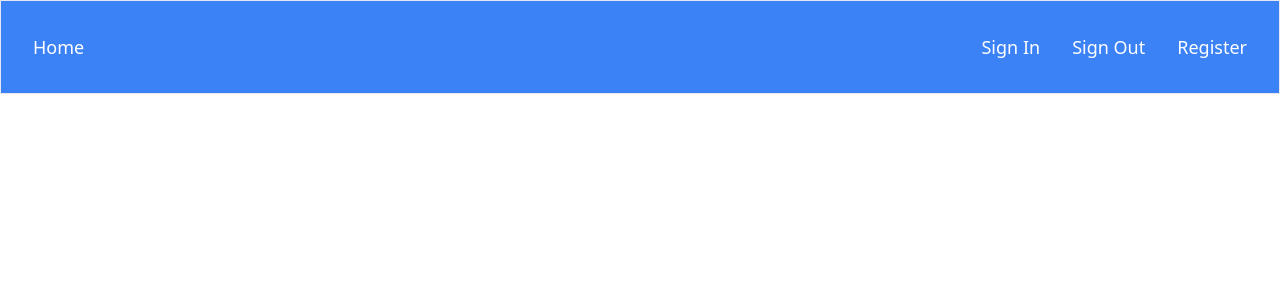
Repository: oderinde300/react-authentication-with-json-server
Page: /
These files come from the project's save history. The page is drawn as it stood at one moment and after the next save; the edit follows.
The browser window is 1280 px wide. The pictures show the whole page.
The project was rebuilt for these pictures with package versions that can differ from the ones it lists, and the page was loaded fresh each time. Also part of the build but not shown: src/components/authentication/Login.jsx, src/pages/LoginPage.jsx.

Above is the page before, as saved 2023-03-22 12:34:08.

After the next save:
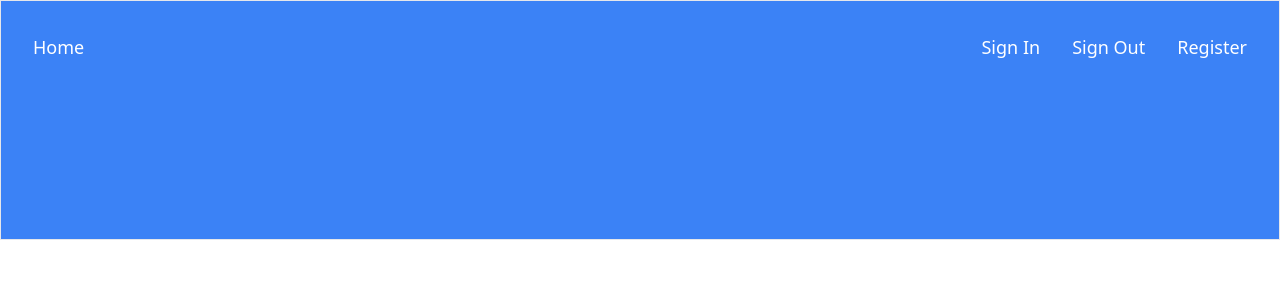
Saved 9 s later.
--- a/src/App.js
+++ b/src/App.js
@@ -5,8 +5,8 @@ import LoginPage from "./pages/LoginPage";
 function App() {
   return (
     <div>
-      <header className="fixed w-full h-[15rem]">
-        <nav className="border py-8 flex justify-between px-8 text-lg text-white bg-blue-500 ">
+      <header className="fixed w-full ">
+        <nav className="border py-8 flex justify-between px-8 text-lg text-white bg-blue-500 h-[15rem]">
           <p className="">Home</p>
           <ul className="flex  ">
             <li className="mx-4 ">Sign In</li>
